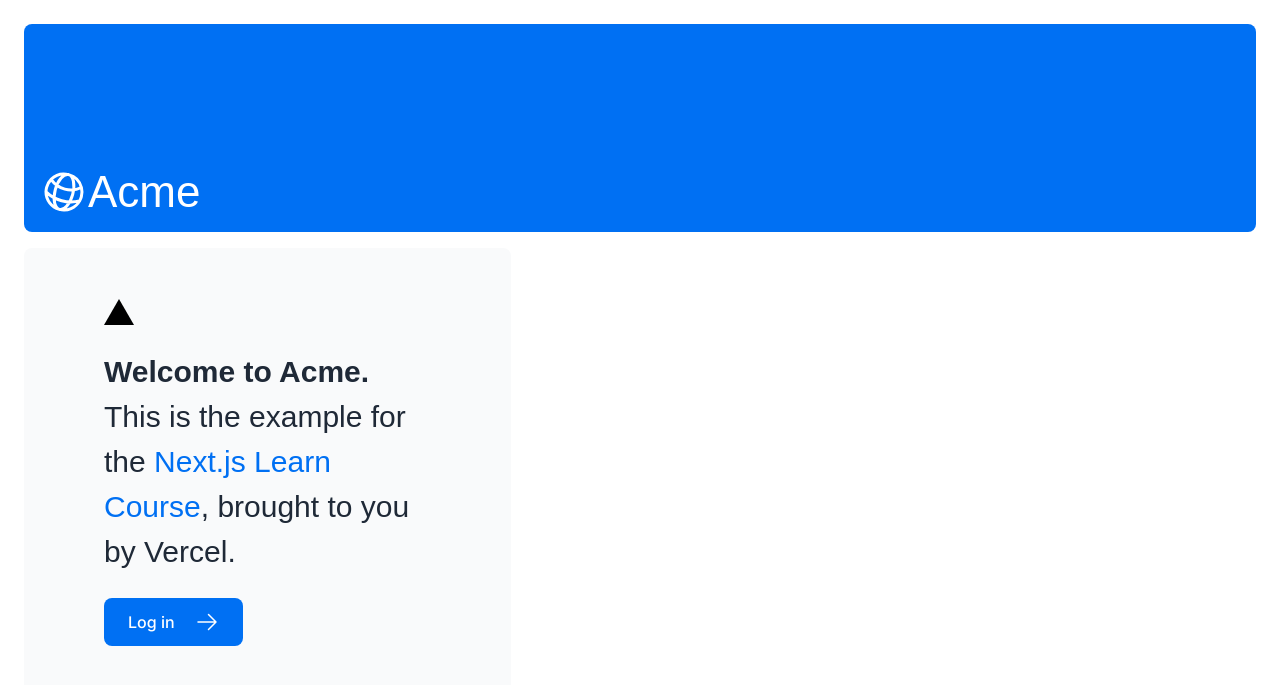
Repository: yasserrrz/Next-Dashboard
Page: /
These files come from the project's save history. The page is drawn as it stood at one moment and after a run of saves; the edit follows.
The browser window is 1280 px wide. The pictures show the whole page.
Some web fonts or font styles are not loaded; a fallback is used. The project was rebuilt for these pictures with package versions that can differ from the ones it lists, and the page was loaded fresh each time. The framework's server and built-in components were replaced by stand-ins that run in the browser. Also part of the build but not shown: next.config.mjs.

Above is the page before, as saved 2024-07-31 09:21:57.

### app/page.tsx
import AcmeLogo from "@/app/ui/acme-logo";
import { ArrowRightIcon } from "@heroicons/react/24/outline";
import Link from "next/link";
import { lusitana } from "./ui/fonts";

export default function Page() {
  return (
    <main className="flex min-h-screen flex-col p-6">
      <div className="flex h-20 shrink-0 items-end rounded-lg bg-blue-500 p-4 md:h-52">
        <AcmeLogo />
      </div>
      <div className="mt-4 flex grow flex-col gap-4 md:flex-row">
        <div className="flex flex-col justify-center gap-6 rounded-lg bg-gray-50 px-6 py-10 md:w-2/5 md:px-20">
          <div className="relative w-0 h-0 border-l-[15px] border-r-[15px] border-b-[26px] border-l-transparent border-r-transparent border-b-black" />
          <p className={`text-xl text-gray-800 md:text-3xl md:leading-normal ${lusitana.className}`}>
            <strong>Welcome to Acme.</strong> This is the example for the{" "}
            <a href="https://nextjs.org/learn/" className="text-blue-500">
              Next.js Learn Course
            </a>
            , brought to you by Vercel.
          </p>
          <Link
            href="/login"
            className="flex items-center gap-5 self-start rounded-lg bg-blue-500 px-6 py-3 text-sm font-medium text-white transition-colors hover:bg-blue-400 md:text-base"
          >
            <span>Log in</span> <ArrowRightIcon className="w-5 md:w-6" />
          </Link>
        </div>
        <div className="flex items-center justify-center p-6 md:w-3/5 md:px-28 md:py-12">
          {/* Add Hero Images Here */}
        </div>
      </div>
    </main>
  );
}

### app/ui/fonts.ts
import { Inter, Lusitana  } from 'next/font/google';

export const inter = Inter({ subsets: ['latin'] });
export const lusitana = Lusitana({ weight: ['400', '700'] , subsets: ['latin'] });

Loaded but not shown: app/layout.tsx (common file); app/ui/global.css (common file); app/ui/acme-logo.tsx (common file); tailwind.config.ts (common file)

After the next 3 saves:
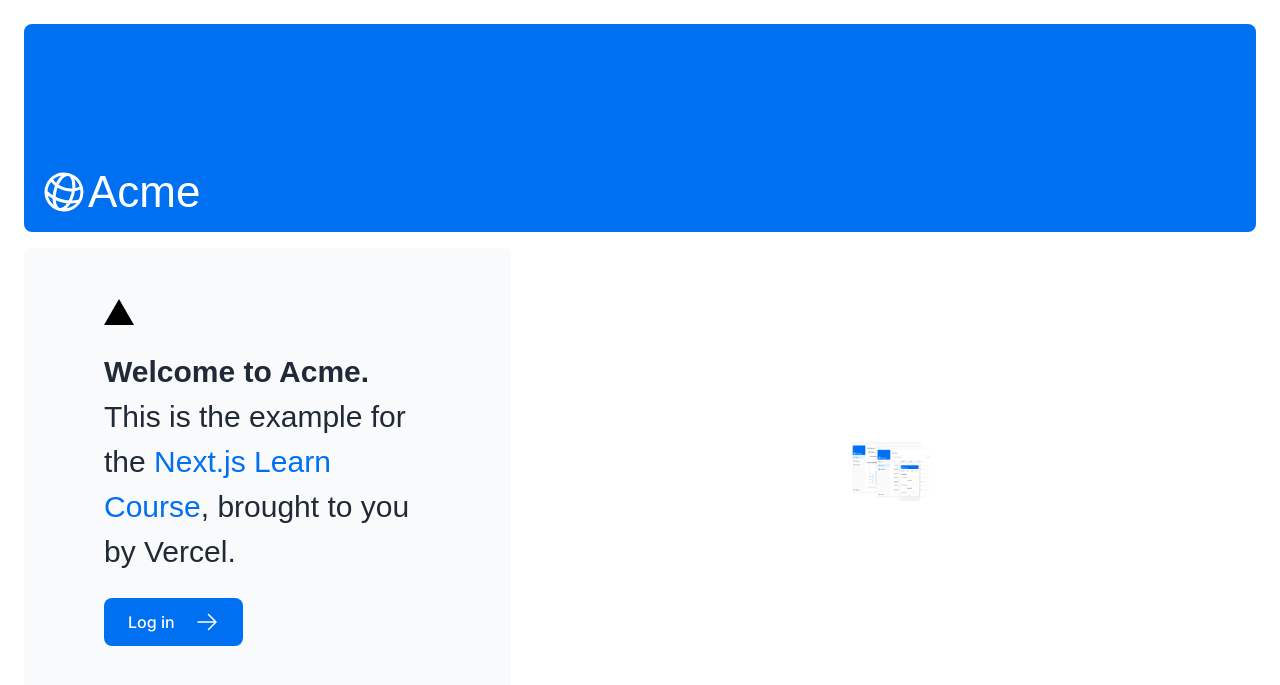
The 3 saves are shown as one change because 1 did not build or start and some came seconds apart.
The last was saved 38 min 59 s later.
--- a/app/page.tsx
+++ b/app/page.tsx
@@ -2,6 +2,7 @@
 import { ArrowRightIcon } from "@heroicons/react/24/outline";
 import Link from "next/link";
 import { lusitana } from "./ui/fonts";
+import Image from "next/image";
 
 export default function Page() {
   return (
@@ -28,6 +29,16 @@
         </div>
         <div className="flex items-center justify-center p-6 md:w-3/5 md:px-28 md:py-12">
           {/* Add Hero Images Here */}
+          <div className="flex items-center justify-center p-6 md:w-3/5 md:px-28 md:py-12">
+      {/* Add Hero Images Here */}
+      <Image
+        src="/hero-desktop.png"
+        width={1000}
+        height={760}
+        className="hidden md:block"
+        alt="Screenshots of the dashboard project showing desktop version"
+      />
+    </div>
         </div>
       </div>
     </main>
